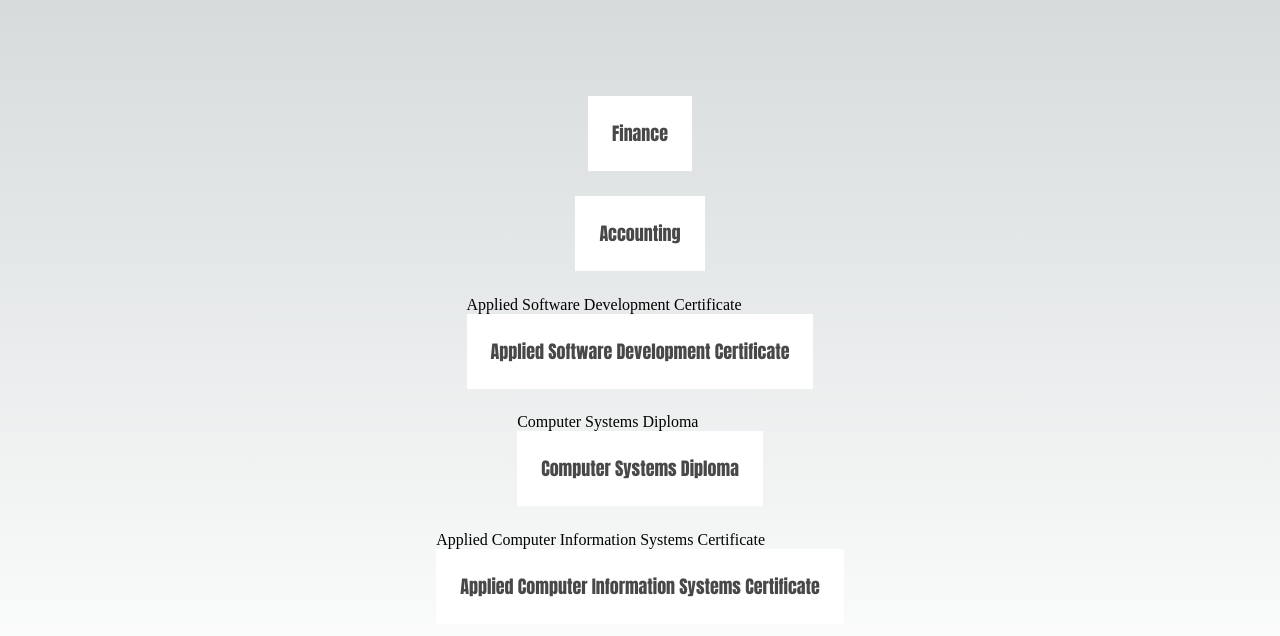
Repository: giovanabirck/class03-vercel-test
Page: /
An editor plug-in stored every save of this project. The page is shown before and after a run of saves, followed by the edit.
The browser window is 1280 px wide. The pictures show the whole page.
The project was rebuilt for these pictures with package versions that can differ from the ones it lists, and the page was loaded fresh each time. The framework's server and built-in components were replaced by stand-ins that run in the browser. Also part of the build but not shown: next.config.js.

Above is the page before, as saved 2023-01-24 21:11:13.

After the next 2 saves:
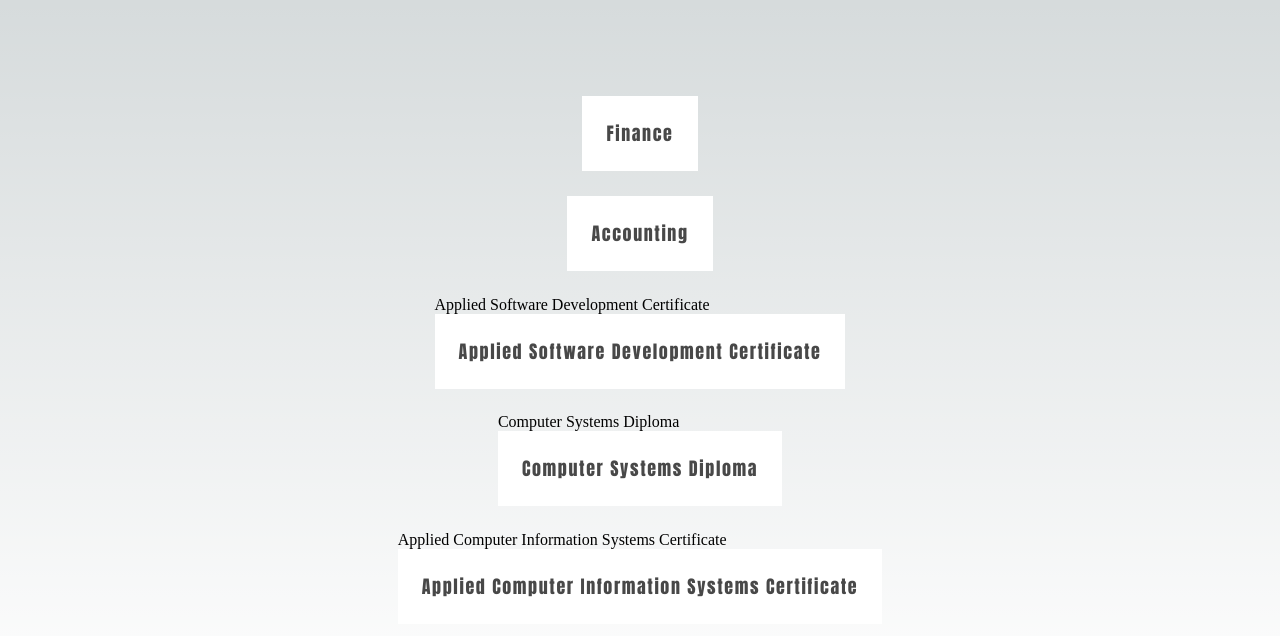
The 2 saves are shown as one change because 1 did not build or start.
The last was saved 44 s later.
--- a/components/Card/index.js
+++ b/components/Card/index.js
@@ -12,6 +12,7 @@ export default function Card({
             fontFamily: "Impact",
             color: "#484848",
             fontSize: "18px",
+            letterSpacing: "0.1rem"
 
 
         }}>
